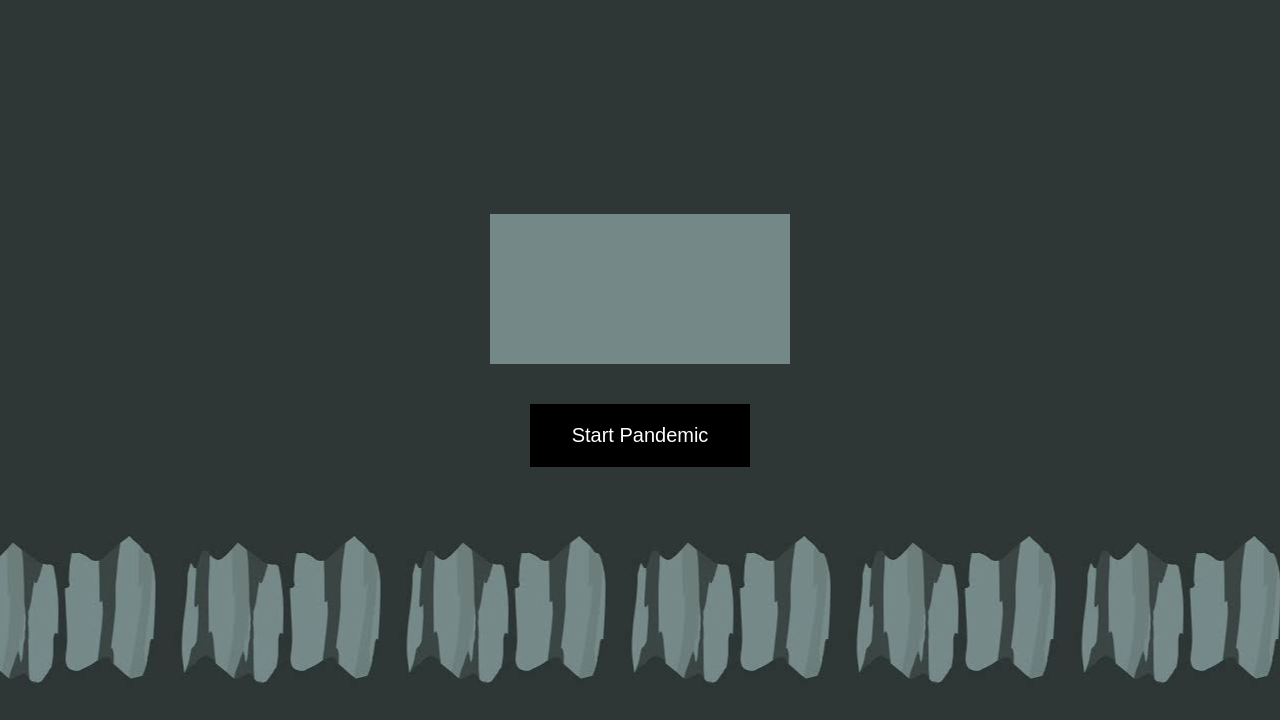
Repository: mindfoo/project-game
Page: index.html
These files come from the project's save history. The page is drawn as it stood at one moment and after a run of saves; the edit follows.
The browser window is 1280 px wide. The pictures show the whole page.

Above is the page before, as saved 2020-03-25 21:20:45.

After the next 5 saves:
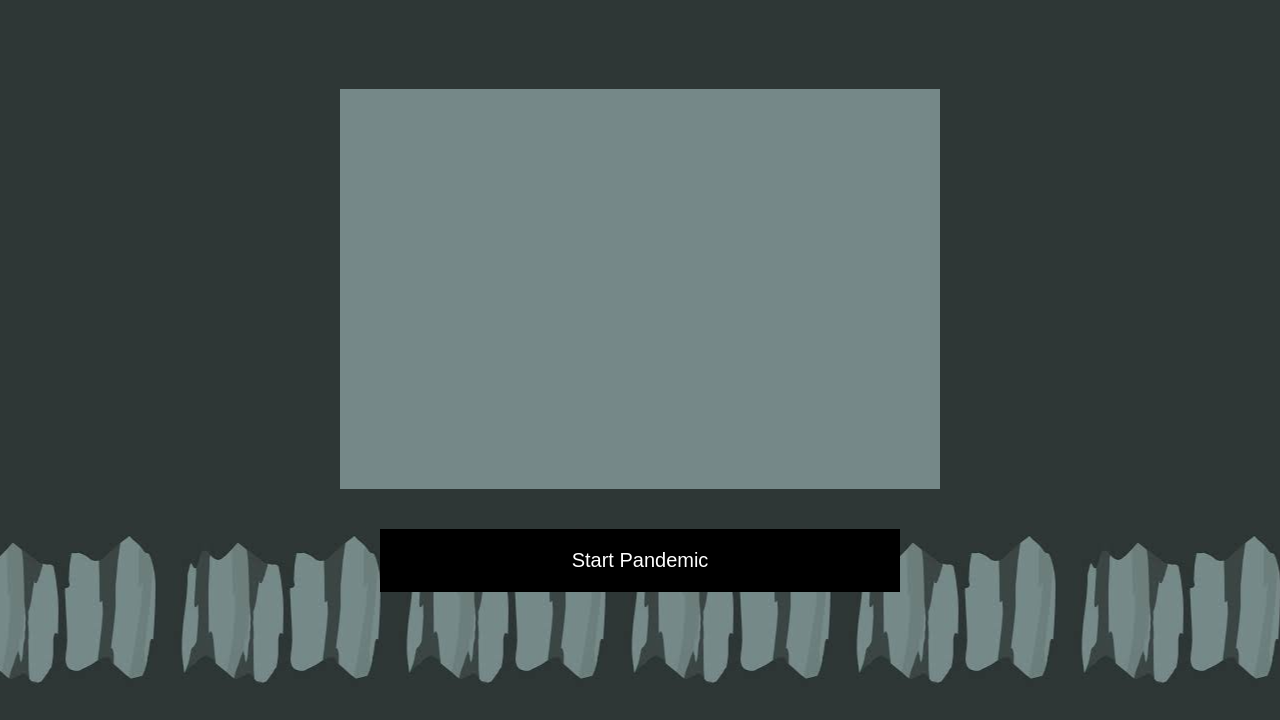
The 5 saves are shown as one change because they came seconds apart.
The last was saved 9 min 9 s later.
--- a/index.html
+++ b/index.html
@@ -11,7 +11,7 @@
   <body>
 
     <div id="game-board">
-      <canvas id="canvas"></canvas>
+      <canvas id="canvas" width="600" height="400" ></canvas>
 
       <button class="start" id="start-button">Start Pandemic</button>
     </div>
